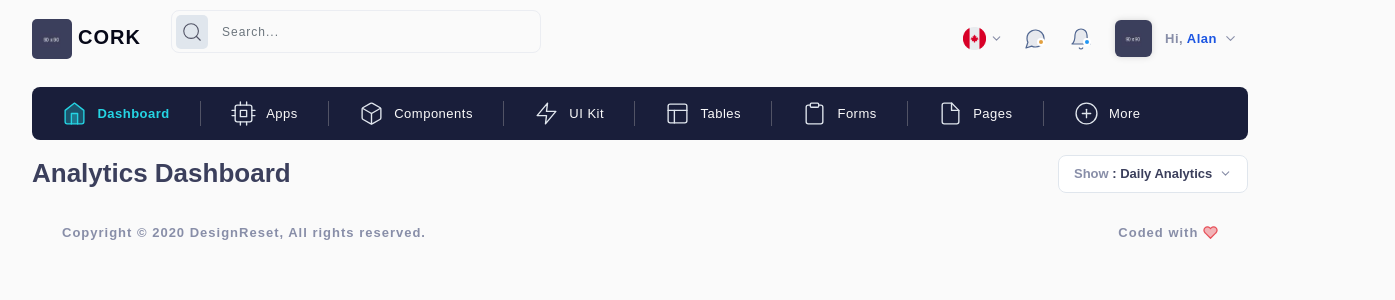
Repository: maruti-1607/corkadmin
Page: resources/views/layouts/admin.blade.php
An editor plug-in stored every save of this project. The page is shown before and after the next save, followed by the edit.
The browser window is 1280 px wide. The page is 1280 px wide, then 1395 px, so the pictures cover 1395 px, including what lies to the right of the window. The pictures show the whole page.
Some web fonts or font styles are not loaded; a fallback is used. The page is served by the project's Laravel application, run on PHP 8.4 with Laravel 8. Style sheets and scripts are compiled from the project's sources, by tool versions that may differ from the author's. The template is opened directly, without the code that normally fills it, so the values that code supplies are empty.

Above is the page before, as saved 2020-04-02 22:48:43.

After the next save:
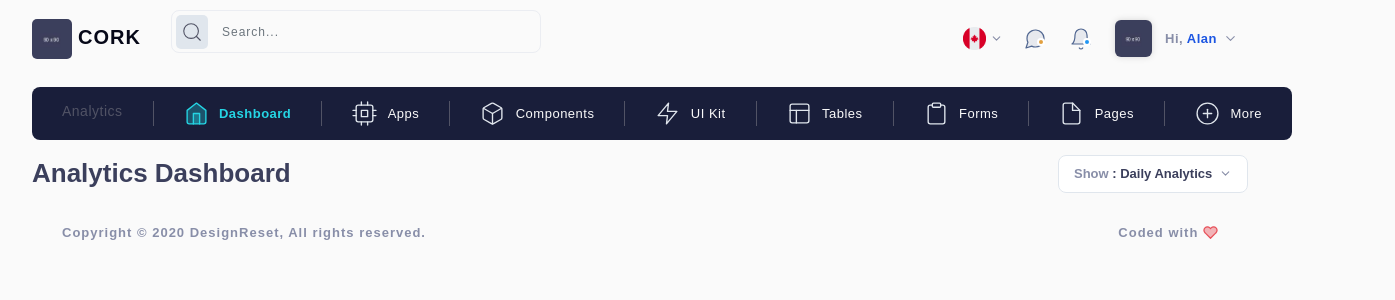
Saved 10 h 43 min later.
--- a/resources/views/partials/admin/menu.blade.php
+++ b/resources/views/partials/admin/menu.blade.php
@@ -13,7 +13,9 @@
         </ul>
 
         <ul class="list-unstyled menu-categories" id="topAccordion">
-
+            <li class="menu single-menu active">
+                <a href="/"> Analytics </a>
+            </li>
             <li class="menu single-menu active">
                 <a href="#dashboard" data-toggle="collapse" aria-expanded="true" class="dropdown-toggle autodroprown">
                     <div class="">
